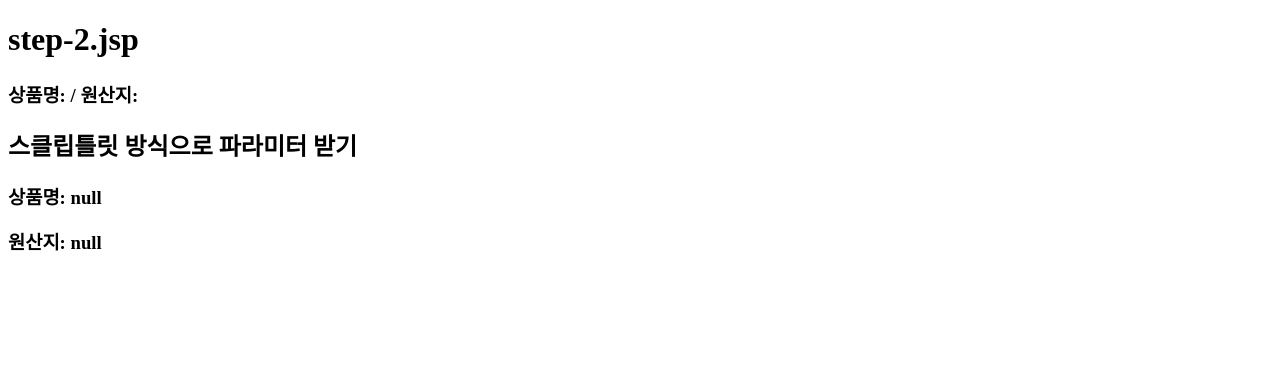
Repository: dtkd19/jsp-jstl_241021
Page: http://localhost/jstl_study/step-2.jsp
The author's editor kept a copy of each file at every save. The page is drawn from the files as they stood at one save, then again after the next save.
The browser window is 1280 px wide. The pictures show the whole page.
The page is served by Tomcat 9.

Above is the page before, as saved 2024-10-21 03:33:38.

After the next save:
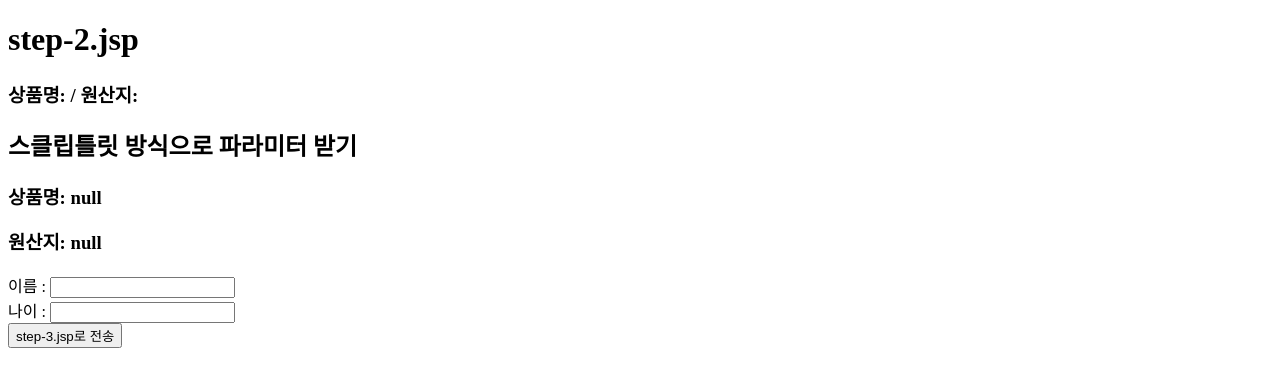
Saved 4 min 11 s later.
--- a/jstl_study/src/main/webapp/step-2.jsp
+++ b/jstl_study/src/main/webapp/step-2.jsp
@@ -15,6 +15,14 @@
 	<h3>상품명: <%= request.getParameter("name") %></h3>
 	<h3>원산지: <%= request.getParameter("addr") %></h3>
 
+	<!-- form tag 로 데이터 전송 -->
+	<!-- queryString 방식은 get방식으로 전송 -->
+	<!-- form tab에서 데이터를 전송하는 방식 get / post 방식중 선택 가능 생략하면 get -->
 
+	<form action="step-3.jsp">
+		이름 : <input type="text" name="name"> <br>
+		나이 : <input type="text" name="age"><br>
+		<button type="submit">step-3.jsp로 전송</button>
+	</form>
 </body>
 </html>
